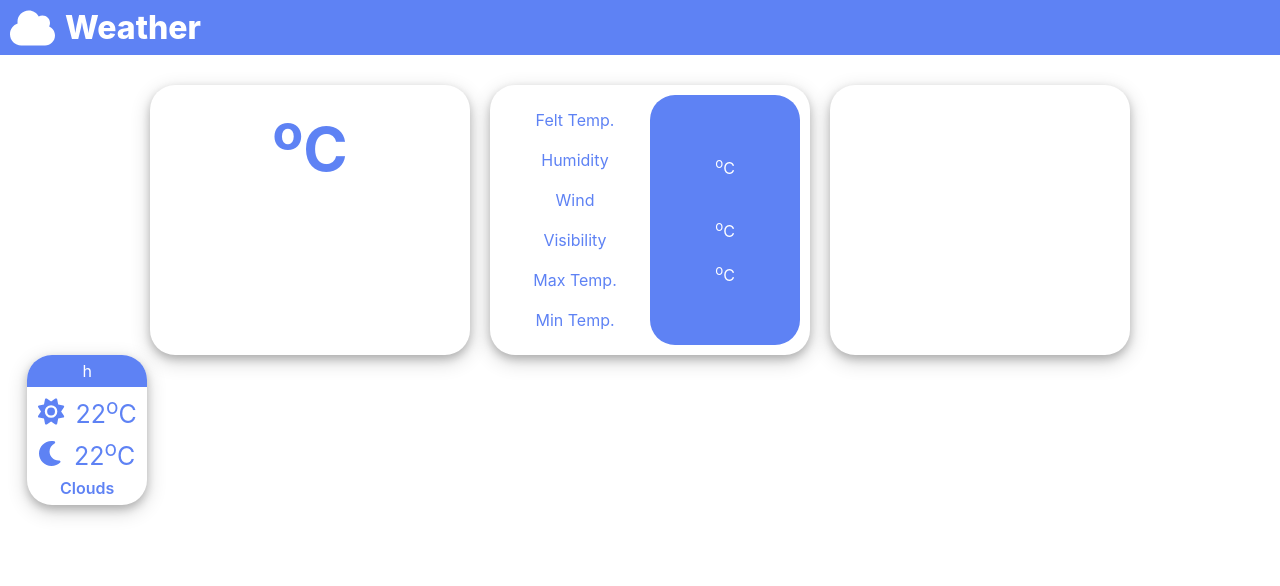
Repository: ahmedazawi/weather-app
Page: /
These files come from the project's save history. The page is drawn as it stood at one moment and after the next save; the edit follows.
The browser window is 1280 px wide. The pictures show the whole page.
The project was rebuilt for these pictures with package versions that can differ from the ones it lists, and the page was loaded fresh each time. Also part of the build but not shown: src/components/Map.js.

Above is the page before, as saved 2022-11-30 15:52:30.

### src/App.js
import React, { useState, useEffect } from "react";
import "./App.css";
import Header from "./layout/Header";
import Details from "./components/Details";

import Store from "./assets/data/Store";
function App() {
  return (
    <div className="App">
      <Header />
      <Store>
        <Details />
      </Store>
    </div>
  );
}

export default App;

### src/App.css
body {
  --primaryColor: #5e82f4;
  --secondaryColor: #ffffff;
  --borderRadius: 25px;
}

.nav {
  display: flex;
  align-items: center;
  height: 55px;
  background-color: var(--primaryColor);
}

### src/layout/Header.js
import React from "react";
import { FontAwesomeIcon } from "@fortawesome/react-fontawesome";
import { faCloud } from "@fortawesome/free-solid-svg-icons";
const Header = () => {
  return (
    <div className="nav">
      <div>
        <FontAwesomeIcon
          className="f-icon"
          icon={faCloud}
          color="White"
          style={{ marginLeft: "10px", fontSize: "40px" }}
        />
      </div>

      <h1 style={{ color: "white", marginLeft: "10px", fontWeight: "800" }}>
        Weather
      </h1>
    </div>
  );
};

export default Header;

### src/components/Details.js
import React, { useContext, useEffect } from "react";
import "../assets/css/details.css";
import { ContextApi } from "../assets/data/ContextApi";
import SevenDaysCards from "./SevenDaysCards";
import Map from "./Map";

const Details = () => {
  // const { weather, Loading } = useContext(ContextApi);
  // const [weatherValue, setWeatherValue] = weather;
  // const [LoadingValue, setLoadingValue] = Loading;

  // useEffect(() => {
  // console.log(weatherValue);
  // console.log(LoadingValue);
  // console.log(LocatedValue);
  // console.log(weatherValue.weather[0].main);
  // }, [weatherValue]);

  // if (LoadingValue) {
  //   return <div className="main">Loading...</div>;
  // }

  return (
    <div className="main">
      <div className="big-cards">
        <div>
          {/* <div>{weatherValue.location.city}</div> */}
          <div
            style={{
              fontSize: "60px",
            }}
          >
            {/* {weatherValue.current_observation.condition.temperature} */}
            <sup>o</sup>C
          </div>
          {/* <div>{weatherValue.current_observation.condition.text}</div> */}
        </div>
        <div>
          <div className="line-a">
            <span>Felt Temp.</span>
            <span>Humidity</span>
            <span>Wind</span>
            <span>Visibility</span>
            <span>Max Temp.</span>
            <span>Min Temp.</span>
          </div>
          <div className="line-b">
            <span>
              {/* {weatherValue.current_observation.condition.temperature - 0.7} */}
              <sup>o</sup>C
            </span>
            {/* <span>{weatherValue.current_observation.atmosphere.humidity}%</span> */}
            {/* <span> {weatherValue.current_observation.wind.speed} Km/h</span> */}
            <span>
              {/* {weatherValue.current_observation.atmosphere.visibility} Km */}
            </span>
            <span>
              {/* {weatherValue.forecasts[0].high} */}
              <sup>o</sup>C
            </span>
            <span>
              {/* {weatherValue.forecasts[0].low} */}
              <sup>o</sup>C
            </span>
          </div>
        </div>
        <div>{/* <Map city={weatherValue.location.city} /> */}</div>
      </div>

      <SevenDaysCards />
    </div>
  );
};

export default Details;

### src/assets/data/Store.js
import React, { useState, useEffect } from "react";
import { ContextApi } from "./ContextApi";
import { weatherAppAPI } from "./Api";
import axios from "axios";
function Store({ children }) {
  const [weather, setWeather] = useState([]);
  const [Loading, setLoading] = useState(true);
  const [lat, setLat] = useState();
  const [long, setLong] = useState();
  const [located, setLocated] = useState(false);
  const geolocationAPI = navigator.geolocation;
  const getUserCoordinates = () => {
    if (!geolocationAPI) {
      console.log("Geolocation API is not available in your browser!");
    } else {
      geolocationAPI.getCurrentPosition(
        (position) => {
          const { coords } = position;
          setLat(coords.latitude);
          setLong(coords.longitude);
          setLocated(true);
        },
        (error) => {
          console.log("Something went wrong getting your position!");
        }
      );
    }
  };

  useEffect(() => {
    // getUserCoordinates();
    if (located) {
      const options = {
        method: "GET",
        url: weatherAppAPI,
        params: { lat: lat, long: long, format: "json", u: "c" },
        headers: {
          "X-RapidAPI-Key":
            "863b7c6b72msh78facda9cbf0e03p10660djsn19089c27c69a",
          "X-RapidAPI-Host": "yahoo-weather5.p.rapidapi.com",
        },
      };

      axios
        .request(options)
        .then(function (response) {
          setWeather(response.data);
          setLoading(false);
          console.log(response.data);
        })
        .catch(function (error) {
          console.error(error);
        });
    }
  }, [located]);

  return (
    <ContextApi.Provider
      value={{
        weather: [weather, setWeather],
        Loading: [Loading, setLoading],
      }}
    >
      {children}
    </ContextApi.Provider>
  );
}
export default Store;

### src/assets/css/details.css
.main {
  width: 100%;
  display: flex;
  flex-direction: column;
  justify-content: space-between;
}

.big-cards {
  width: 100%;
  min-height: fit-content;
  display: flex;
  flex-direction: row;
  flex-wrap: wrap;
  gap: 20px;
  align-items: center;
  justify-content: center;
  margin-top: 30px;
  color: var(--primaryColor);
}
.big-cards > div {
  width: 300px;
  height: 250px;
  background-color: var(--secondaryColor);
  padding: 10px;
  border-radius: var(--borderRadius);
  box-shadow: 0 4px 8px 0 rgba(0, 0, 0, 0.2), 0 6px 20px 0 rgba(0, 0, 0, 0.19);
}
.big-cards > div:first-child {
  display: flex;
  flex-direction: column;
  align-items: center;
  justify-content: space-between;
}
.big-cards > div:first-child > div {
  font-size: 30px;
  font-weight: bold;
  margin: 7px 0;
}
.big-cards > div:nth-child(2) {
  display: flex;
  flex-direction: row;
  justify-content: space-between;
}
.big-cards > div:nth-child(2) > div {
  display: flex;
  flex-direction: column;
  align-items: center;
  justify-content: center;
  width: 50%;
}
.big-cards > div:nth-child(2) > div > span {
  margin: 10px 0;
}

.line-b {
  color: var(--secondaryColor);
  background-color: var(--primaryColor);
  border-radius: var(--borderRadius);
}

.big-cards > div:nth-child(3) {
  height: 270px;
  max-width: 340px;
  padding: 0;
  display: flex;
  align-items: center;
  justify-content: center;
  overflow: hidden;
}
.map {
  border: none;
}

### src/assets/data/ContextApi.js
import { createContext } from "react";
export const ContextApi = createContext();

### src/components/SevenDaysCards.js
import React from "react";
import "../assets/css/SevenDaysCards.css";
import { FontAwesomeIcon } from "@fortawesome/react-fontawesome";
import { faMoon, faSun } from "@fortawesome/free-solid-svg-icons";
const SevenDaysCards = () => {
  return (
    <div className="small-cards">
      <div>
        <div className="sm-cards-header">h</div>
        <div className="sm-cards-body">
          <div className="sm-cards-temp-max">
            <FontAwesomeIcon
              className="sun-icon"
              icon={faSun}
              style={{ fontSize: "25px" }}
            />
            <div style={{ fontSize: "25px" }}>
              22<sup>o</sup>C
            </div>
          </div>

          <div className="sm-cards-temp-min">
            <FontAwesomeIcon
              className="moon-icon"
              icon={faMoon}
              style={{ fontSize: "25px" }}
            />

            <div style={{ fontSize: "25px" }}>
              22<sup>o</sup>C
            </div>
          </div>

          <div style={{ fontWeight: "600" }}>Clouds</div>
        </div>
      </div>
    </div>
  );
};

export default SevenDaysCards;

### src/assets/data/Api.js
export const weatherAppAPI = "https://fcc-weather-api.glitch.me/api/current";

export const googleMapAPI = "AIzaSyAq15HbfCRMW7RqNb5LUNyOLyfzpYI0wl4";

//https://pokeapi.co/api/v2/pokemon/4

//https://fcc-weather-api.glitch.me/api/current?lat=462&lon=41

//https://api.open-meteo.com/v1/forecast?latitude=${lat}&longitude=${long}&daily=temperature_2m_max,temperature_2m_min,rain_sum,windspeed_10m_max,windgusts_10m_max&timezone=auto

//https://yahoo-weather5.p.rapidapi.com/weather

### src/assets/css/SevenDaysCards.css
.small-cards {
  display: grid;
  grid-template-columns: repeat(7, 1fr);
  gap: 10px;
  justify-items: center;
  width: 100%;
}
.small-cards > div {
  display: flex;
  flex-direction: column;
  width: 120px;
  height: 150px;
  overflow: hidden;
  background-color: var(--secondaryColor);
  border-radius: var(--borderRadius);
  box-shadow: 0 4px 8px 0 rgba(0, 0, 0, 0.2), 0 6px 20px 0 rgba(0, 0, 0, 0.19);
}
.small-cards > div > .sm-cards-header {
  width: 100%;
  height: 40px;
  background-color: var(--primaryColor);
  display: flex;
  align-items: center;
  justify-content: center;
  color: var(--secondaryColor);
}
.sm-cards-body {
  display: flex;
  flex-direction: column;
  align-items: center;
  justify-content: space-evenly;
  height: 100%;
}
.sm-cards-body > div {
  display: flex;
  flex-direction: row;
  align-items: center;
  justify-content: center;
  width: 100%;
  gap: 10px;
  color: var(--primaryColor);
}

Loaded but not shown: public/index.html (common file); src/index.js (common file); src/index.css (common file)

After the next save:
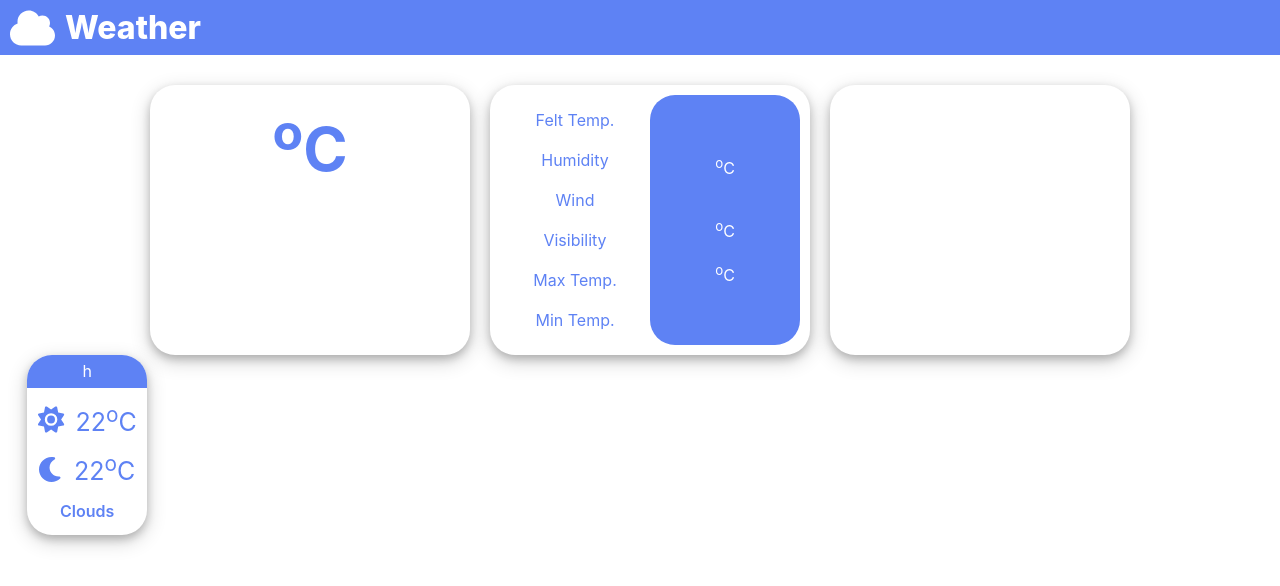
Saved 36 s later.
--- a/src/assets/css/SevenDaysCards.css
+++ b/src/assets/css/SevenDaysCards.css
@@ -9,7 +9,7 @@
   display: flex;
   flex-direction: column;
   width: 120px;
-  height: 150px;
+  height: 180px;
   overflow: hidden;
   background-color: var(--secondaryColor);
   border-radius: var(--borderRadius);
